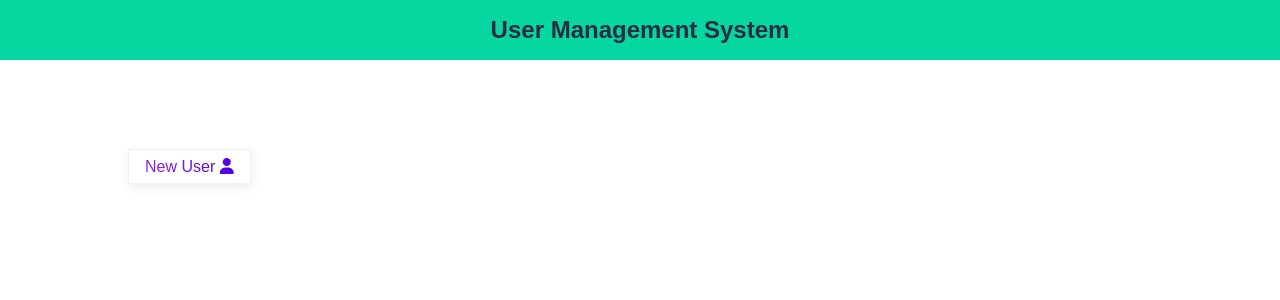
Repository: HustlingbeastAnish/CRUD-APP-
Page: views/include/add_user.html
These files come from the project's save history. The page is drawn as it stood at one moment and after the next save; the edit follows.
The browser window is 1280 px wide. The pictures show the whole page.
Some web fonts or font styles are not loaded; a fallback is used.

Above is the page before, as saved 2022-10-06 23:50:56.

### views/include/add_user.html
<!DOCTYPE html>
<html lang="en">
  <head>
    <meta charset="UTF-8" />
    <meta http-equiv="X-UA-Compatible" content="IE=edge" />
    <meta name="viewport" content="width=device-width, initial-scale=1.0" />
    <title>Document</title>
    <link
      rel="stylesheet"
      href="https://cdnjs.cloudflare.com/ajax/libs/font-awesome/6.2.0/css/all.min.css"
      integrity="sha512-xh6O/CkQoPOWDdYTDqeRdPCVd1SpvCA9XXcUnZS2FmJNp1coAFzvtCN9BmamE+4aHK8yyUHUSCcJHgXloTyT2A=="
      crossorigin="anonymous"
      referrerpolicy="no-referrer"
    />

    <link rel="stylesheet" href="/assets/css/style.css" />
  </head>
  <body>
    <!-- Header  -->
    <header id="header">
      <nav>
        <div class="container">
          <div class="text-center">
            <a href="/" class="nav-brand text-dark">User Management System</a>
          </div>
        </div>
      </nav>
    </header>
    <!-- /Header  -->

    <!-- Main Site  -->
    <main id="site-main">
      <div class="container">
        <div class="box-nav d-flex-justify-between">
          <a href="/add-user" class="border-shadow">
            <span class="text-gradient">
              New User <i class="fa-solid fa-user"></i>
            </span>
          </a>
        </div>
      </div>
    </main>

    <!-- Form Handling  -->
    <form method="POST" id="update_user"></form>

    <!-- /Form Handling -->
    <!-- /Main Site  -->
  </body>
</html>

### assets/css/style.css
@import url("https://fonts.googleapis.com/css2?family=Barlow&family=PT+Sans&display=swap");

:root {
  --dark: #2b2d42;
  --light: #adb5bd;
  --border: #dee2e6;
  --border-btn: #edf2f4;
}

* {
  padding: 0;
  margin: 0;
  box-sizing: border-box;
}

a {
  text-decoration: none;
  font-family: "PT Sans", sans-serif;
}

.container {
  max-width: 1024px;
  margin: auto;
}

.nav-brand {
  font-size: 1.5em;
  font-weight: bold;
}

.d-flex {
  display: flex;
  flex-wrap: wrap;
}

.justify-between {
  justify-content: space-between;
}

.text-center {
  text-align: center;
}

.border-shadow {
  border: 1px solid var(--border-btn);
  box-shadow: 1px 3px 10px #e9ecef;
}

.text-dark {
  color: var(--dark);
}

.inline {
  display: inline-block;
}

.text-light {
  color: var(--light);
}

.text-gradient {
  background: linear-gradient(to right, #8e2de2, #4a00e0);
  -webkit-background-clip: text;
  background-clip: text;
  -webkit-text-fill-color: transparent;
}

#header nav {
  background-color: #06d6a0;
  padding: 1em 0;
  width: 100%;
}

#site-main {
  margin-top: 6em;
  font-family: "Barlow", sans-serif;
}

#site-main .container .box-nav > a {
  font-size: 1em;
  padding: 0.5em 1em;
}

#site-main .container form {
  margin: 2em 0;
}

table {
  border-spacing: 0px;
  width: 100%;
}

.table td,
.table th {
  padding: 0.75em;
  vertical-align: top;
  text-align: center;
  border-top: 1px solid var(--border);
}

.table td > a.btn {
  padding: 0.3em 1em;
  font-size: 1.1em;
  margin: 0 0.2em;
}

.table tr:hover {
  background-color: #06d6a0;
}

.table tr:hover td > a {
  box-shadow: none;
}

.table .thead-dark th {
  color: #fff;
  background-color: var(--dark);
  border-color: #32383e;
}

@media only screen and (max-width: 1024px) {
  table,
  thead,
  tbody,
  th,
  td,
  tr {
    display: block;
  }

  thead tr {
    position: absolute;
    top: -9999px;
    left: -9999px;
  }

  tr {
    border: 1px solid var(--border);
  }

  td {
    border: none;
    position: relative;
  }
}

/*  add user & update user template */
.form-title {
  margin-top: 2em;
}

.form-title > h2 {
  padding: 0.5em 0;
}

.new_user {
  max-width: 786px;
  margin: auto;
}

#update_user .form-group,
#add_user .form-group {
  margin: 0.4em 0;
}

#update_user .form-group input[type="text"],
#add_user .form-group input[type="text"] {
  width: 100%;
  padding: 0.6em 1em;
  margin: 0.5em 0;
  border: 1px solid var(--border);
  font-family: "Barlow", sans-serif;
  font-size: 1em;
  border-radius: 0.2em;
}

#update_user .form-group .radio,
#add_user .form-group .radio {
  margin: 1em 2em;
}

/* adding style to radio buttons */
.radio input[type="radio"] {
  position: absolute;
  opacity: 0;
}

.radio input[type="radio"] + .radio-label:before {
  content: "";
  background: var(--border-btn);
  border-radius: 100%;
  border: 1px solid var(--border);
  display: inline-block;
  width: 1em;
  height: 1em;
  position: relative;
  top: -0em;
  margin-right: 0.5em;
  vertical-align: top;
  cursor: pointer;
  text-align: center;
  -webkit-transition: all 250ms ease;
  transition: all 250ms ease;
}

.radio input[type="radio"]:checked + .radio-label:before {
  background-color: #16db93;
  box-shadow: inset 0 0 0 4px #e9ecef;
}

.radio input[type="radio"]:focus + .radio-label:before {
  outline: none;
  border-color: #16db93;
}

.radio input[type="radio"]:disabled + .radio-label:before {
  box-shadow: inset 0 0 0 4px #e9ecef;
  border-color: #b4b4b4;
  background: #b4b4b4;
}

#update_user .form-group .btn,
#add_user .form-group .btn {
  width: 100%;
  padding: 0.9em 1em;
  background-color: #16db93;
  border: none;
  font-family: "PT Sans", sans-serif;
  font-size: 1em;
  cursor: pointer;
  border-radius: 0.2em;
  margin: 0.5em 0;
}

#update_user .form-group .btn:hover,
#add_user .form-group .btn:hover {
  background-color: var(--dark);
  color: var(--border);
}

After the next save:
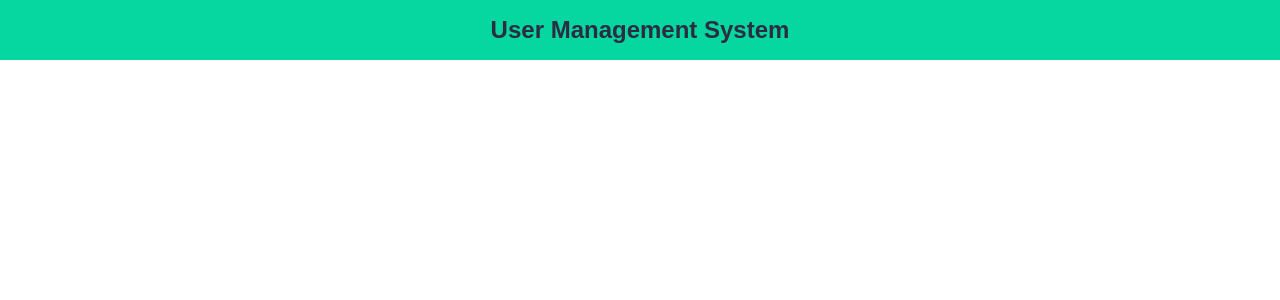
Saved 72 s later.
--- a/views/include/add_user.html
+++ b/views/include/add_user.html
@@ -31,13 +31,7 @@
     <!-- Main Site  -->
     <main id="site-main">
       <div class="container">
-        <div class="box-nav d-flex-justify-between">
-          <a href="/add-user" class="border-shadow">
-            <span class="text-gradient">
-              New User <i class="fa-solid fa-user"></i>
-            </span>
-          </a>
-        </div>
+        <div class="box-nav d-flex-justify-between"></div>
       </div>
     </main>
 
